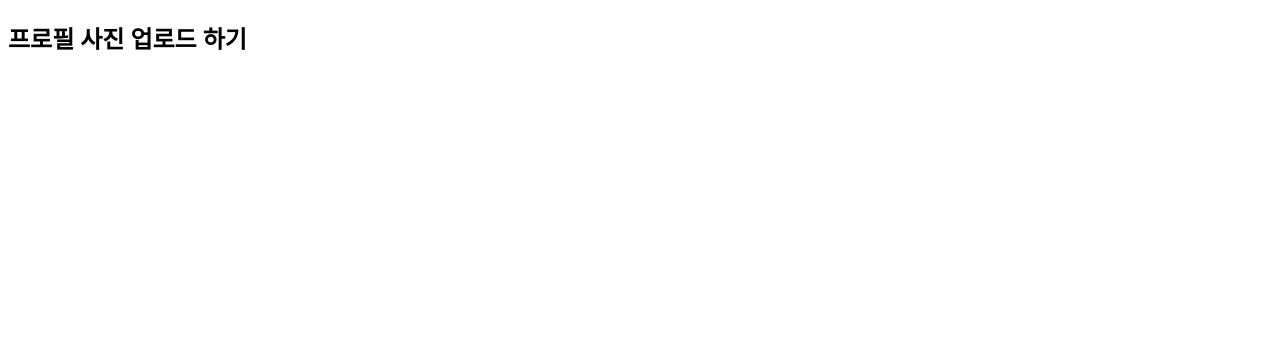
Repository: coolSummer1119/study
Page: http://localhost/ch03_Jsp/ch09_fileupload/s03_profileForm.jsp
These files come from the project's save history. The page is drawn as it stood at one moment and after the next save; the edit follows.
The browser window is 1280 px wide. The pictures show the whole page.
The page is served by Tomcat 9.

Above is the page before, as saved 2024-04-24 08:37:56.

After the next save:
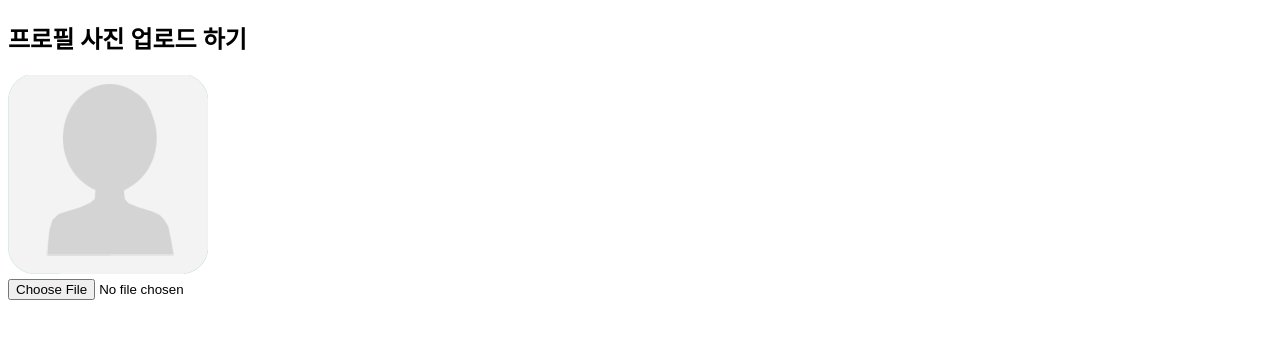
Saved 5 min 8 s later.
--- a/workspace/ch03_Jsp/src/main/webapp/ch09_fileupload/s03_profileForm.jsp
+++ b/workspace/ch03_Jsp/src/main/webapp/ch09_fileupload/s03_profileForm.jsp
@@ -8,6 +8,9 @@
 </head>
 <body>
 <h2>프로필 사진 업로드 하기</h2>
-
+<img src="../images/face.png" width="200" height="200">
+<form action="/ch03_Jsp/profile" method="post" enctype="multipart/form-data">
+	<input type="file" name="file">
+</form>
 </body>
 </html>
